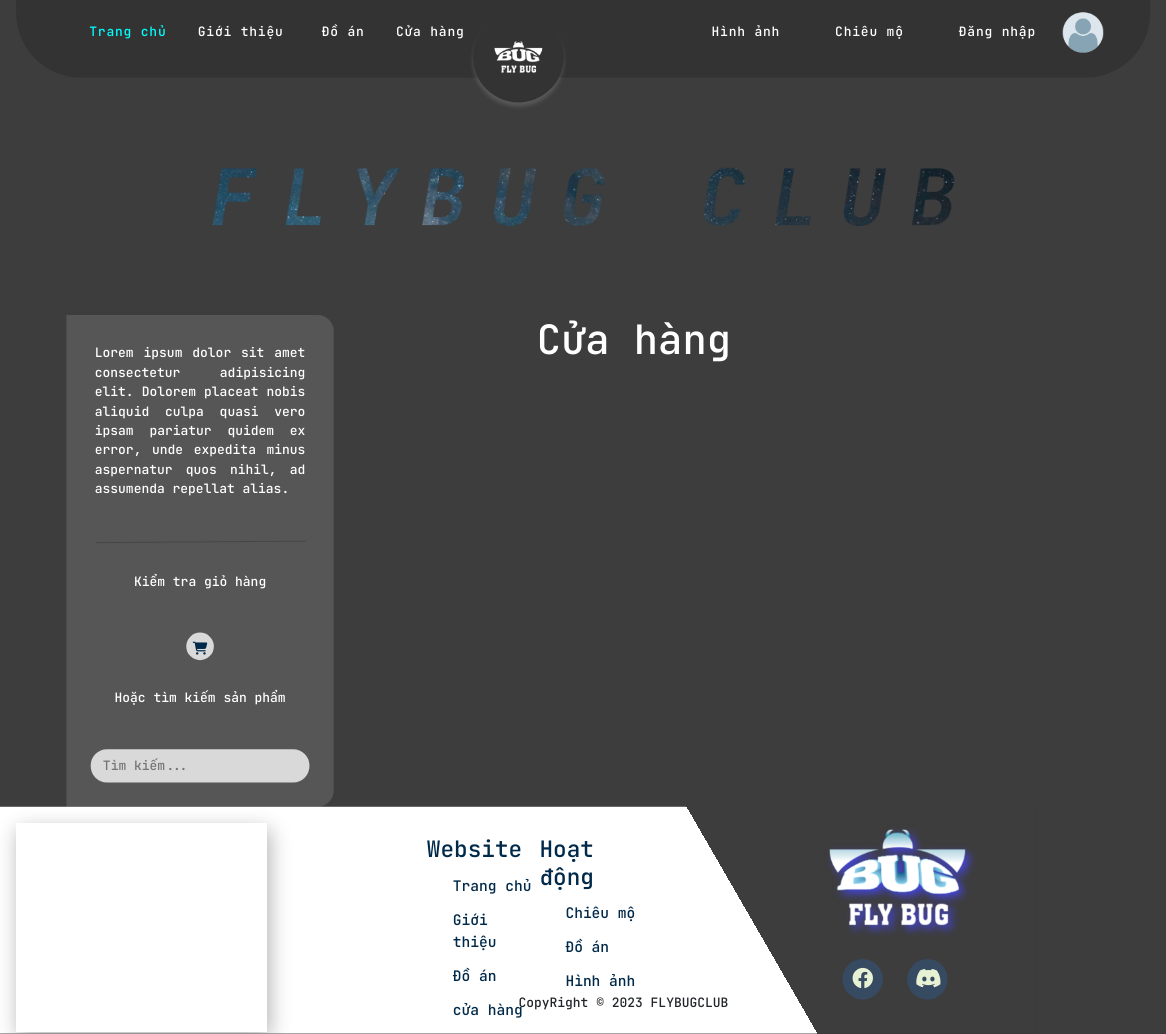
Repository: NQD2308/FlyBugClub_WebApp
Page: PROJECT FLYNUG/html/store.html
These files come from the project's save history. The page is drawn as it stood at one moment and after the next save; the edit follows.
The browser window is 1280 px wide. The page is 1440 px wide, so the pictures cover 1440 px, including what lies to the right of the window. The pictures show the whole page, at 81% of full size.
Pictures or frames that could not be fetched are drawn as grey boxes.

Above is the page before, as saved 2023-09-18 01:58:31.

### PROJECT FLYNUG/html/store.html
<html lang="en">

<head>
    <meta charset="UTF-8">
    <meta name="viewport" content="width=device-width, initial-scale=1.0">
    <title>Document</title>

    <!-- Bootrap 5 -->
    <link href="https://cdn.jsdelivr.net/npm/bootstrap@5.0.2/dist/css/bootstrap.min.css" rel="stylesheet" integrity="sha384-EVSTQN3/azprG1Anm3QDgpJLIm9Nao0Yz1ztcQTwFspd3yD65VohhpuuCOmLASjC" crossorigin="anonymous">

    <!-- Font awesome -->
    <link rel="stylesheet" href="https://cdnjs.cloudflare.com/ajax/libs/font-awesome/6.4.2/css/all.min.css" integrity="sha512-z3gLpd7yknf1YoNbCzqRKc4qyor8gaKU1qmn+CShxbuBusANI9QpRohGBreCFkKxLhei6S9CQXFEbbKuqLg0DA==" crossorigin="anonymous" referrerpolicy="no-referrer" />

    <!-- CSS -->
    <link rel="stylesheet" href="../css/style.css">
    <!-- Reset -->
    <link rel="stylesheet" href="../css/default_setting.css">

    <!-- JetBrains Mono font -->
    <link rel="preconnect" href="https://fonts.googleapis.com">
    <link rel="preconnect" href="https://fonts.gstatic.com" crossorigin>
    <link
        href="https://fonts.googleapis.com/css2?family=JetBrains+Mono:ital,wght@0,300;0,500;0,600;0,700;0,800;1,400&display=swap"
        rel="stylesheet">
</head>

<body>
    <!-- ========================
                #HEADER
        ========================-->
    <header>
        <div class="nav">
            <div class="nav__links">
                <ul class="nav__links-left">
                    <li><a class="active" href="#">Trang chủ</a></li>
                    <li><a href="#">Giới thiệu</li>
                    <li><a href="#">Đồ án</a></li>
                    <li><a href="#">Cửa hàng</a></li>
                </ul>
            </div>
            <div class="logo">
                <img src="../img/logo.png" alt="FlyBug logo">
            </div>
            <div class="nav__links">
                <ul class="nav__links-right">
                    <li><a href="#">Hình ảnh</a></li>
                    <li><a href="#">Chiêu mộ</a></li>
                    <li class="login"><a href="#">Đăng nhập</a></li>
                    <li class="login-Img">
                        <a href="#"><img src="../img/user.png" alt=""></a>
                    </li>
                </ul>
            </div>
        </div>
        <div class="text-logo">
            <img  src="../img/FLYBUG CLUB.png" alt="Photo logo">
        </div>
    </header>

    <section class="body">
        <div class="container">
            <div class="row">
                <div class="col col-md-3 left">
                    <div class="search">
                        <div class="store-note">
                            <p>Lorem ipsum dolor sit amet consectetur adipisicing elit. Dolorem placeat nobis aliquid culpa quasi vero ipsam pariatur quidem ex error, unde expedita minus aspernatur quos nihil, ad assumenda repellat alias.</p>
                        </div>
                        <div class="center">
                            <svg xmlns="http://www.w3.org/2000/svg" width="261" height="4" viewBox="0 0 261 4" fill="none">
                                <path d="M1 2.96216L260.993 0.99995" stroke="#3D3D3D" stroke-opacity="0.8"/>
                            </svg>
                        </div>
                        <div class="shopping-function">
                            <p>Kiểm tra giỏ hàng</p>
                            <div class="center ">
                                <button class="icon-shopping">
                                    <a href="">
                                        <i class="fa-solid fa-cart-shopping"></i>
                                    </a>
                                </button>
                            </div>
                            <p>Hoặc tìm kiếm sản phẩm</p>
                            <div class="center">
                                <input type="text" placeholder="Tìm kiếm...">
                            </div>
                        </div>
                    </div>
                </div>
                <div class="col col-md-9 right">
                    <div class="store">
                        <h1>Cửa hàng</h1>
                    </div>
                </div>
            </div>
        </div>
    </section>

 <!-- ========================
                #FOOTER
        ========================-->
    <footer class="footer">
        <div class="footer-left">
            <iframe class="ggmap" src="https://www.google.com/maps/embed?pb=!1m18!1m12!1m3!1d15678.190787267133!2d106.64595238715819!3d10.769299600000005!2m3!1f0!2f0!3f0!3m2!1i1024!2i768!4f13.1!3m3!1m2!1s0x31752f7c8bf050ff%3A0x4fa87595d124cc0c!2zVHLGsOG7nW5nIMSQ4bqhaSBo4buNYyBIb2EgU2VuIC0gQ8ahIHPhu58gVGjDoG5oIFRow6Fp!5e0!3m2!1svi!2s!4v1691345035899!5m2!1svi!2s" width="500" height="250" style="border:1;" allowfullscreen="" loading="lazy" referrerpolicy="no-referrer-when-downgrade"></iframe>
        </div>
        <ul class="footer-center">
            <li>
                <h3>Website</h3>

                <ul class="box">
                    <li><a href="#">Trang chủ</a></li>
                    <li><a href="#">Giới thiệu</a></li>
                    <li><a href="#">Đồ án</a></li>
                    <li><a href="#">cửa hàng</a></li>
                </ul>
            </li>
            <li>
                <h3>Hoạt động</h3>

                <ul class="box">
                    <li><a href="#">Chiêu mộ</a></li>
                    <li><a href="#">Đồ án</a></li>
                    <li><a href="#">Hình ảnh</a></li>
                </ul>
            </li>
        </ul>
        <div class="footer-right">
            <div class="img-logo">
                <img src="../img/flybug.png" alt="">
            </div>
            <div class="socials">
                <a href="#"><i class="fa-brands fa-facebook"></i></a>
                <a href="#"><i class="fa-brands fa-discord"></i></a>
            </div>
        </div>

        <div class="footer-bottom">
            <p>CopyRight &copy; 2023 FLYBUGCLUB</p>
        </div>
    </footer>

</body>

</html>

### PROJECT FLYNUG/css/style.css
li,
a,
button {
    list-style: none;
    font-family: 'JetBrains Mono', monospace;
    font-size: 16px;
    text-decoration: none;
    color: #fff;
    cursor: url(../img/bug-icon.png) 5 5, auto !important;
}
body {
    cursor: url(../img/bug-icon.png) 5 5, auto !important;
}
a {
    cursor: url(../img/bug-icon.png) 5 5, auto;
}
body {
    background-color: #3d3d3d;
}

/* =========================
        #HEADER
    =========================*/
header {
    /* position: fixed; */
    width: 1440px;
    /* height: 80px; */
    /* border-bottom: 1px solid #00000026; */




    /* backdrop-filter: blur(20px); */
}

header .nav {
    width: 1400px;
    margin: 0 auto;
    max-width: 100%;
    background: #333;
    border-radius: 0px 0px 80px 80px;
    display: flex;
    justify-content: space-between;
    align-items: center;
    padding: 0 3%;
    top: 0%;
    z-index: 10;
    box-shadow: rgba(0, 0, 0, 0.3) 2.72076px ;
    /* border: 1px solid red; */
}

header .nav ul {
    display: flex;
    align-items: center;
}

header .nav ul li {
    margin: 15px;
    letter-spacing: 1px;
}

header .nav .logo {
    /* border: 1px solid red; */
    width: 7rem;
    height: 7rem;
    position: absolute;
    left: 50%;
    transform: translate(-50%, 20%);
    background-color: #333;
    overflow: hidden;
    border-radius: 100%;
    box-shadow: 0 5px 5px rgba(204, 204, 204, .2);
}

header .logo img {
    width: 100%;
    height: 100%;
    object-fit: cover;
}

header .nav__links {
    width: 40%;
    height: 100%;
}
header .nav__links ul li a{
    transition: .3s ease;
}
header .nav__links ul > li:hover a{
    color: aqua;
}
header .nav__links-left,
header .nav__links-right {
    justify-content: space-between;
}

.active {
    color: aqua;
}

.nav__links-right li:last-child {
    width: 50px;
    height: 50px;
}

header .nav__links-right {
    margin-left: -20px;
}

header .nav__links-right .login-img {
    margin-left: -20px;
}

header .text-logo{
    display: flex;
    justify-content: center;
    width: 1440px;
    background-color: #3d3d3d;
    /* border: 1px solid white; */
    padding: 110px 0;
}

/* ================================ */
/* ============= BODY ============= */
/* ================================ */

/*  @############ LEFT ############@ */

section.body .left{
    float: left;
}

section.body .search{
    width: 330px;
    background-color: #565656;
    border-radius: 0 20px 20px 0;
    position: relative;
    left: 0;
}

.body .search store-note{
    display: flex;
    justify-content: center;
}

.body .search p{
    color: #FFF;
    text-align: justify;
    padding: 35px;
}

.body .search .shopping-function p{
    text-align: center;
}

.body .search .shopping-function button.icon-shopping{
    width: 34px;
    height: 34px;
    border-radius: 50%;
    background-color: #D9D9D9;
    border: none;
}

.body .search .shopping-function .icon-shopping i{
    display: flex;
    justify-content: center;
    width: 24px;
    color: #012A4A;
    transition: all .25s ease-in;
    /* border: 1px solid orange; */
    border-radius: 50%;
    padding: 10px 16px 6px 17px;
}

.body .search .shopping-function button.icon-shopping:hover i{
    color: orange;
    transition: all .25s ease-in;
}

.body .search .shopping-function input{
    width: 270px;
    padding: 10px 15px;
    border-radius: 20px;
    border: none;
    background-color: #D9D9D9;
    margin-bottom: 30px;
}

/*  @############ RIGHT ############@ */

.body .right .store h1{
    color: white;
    text-align: center;
    font-size: 50px;
}

/* =========================
        #FOOTER
         background-image: linear-gradient(60deg, white 70%, #3d3d3d 25%);
    =========================*/
footer {
    /* width: 100%; */
    position: relative;
    height: 280px;
    background-color: #333;
    background-image: linear-gradient(60deg, white 70%, #3d3d3d 25%);

    display: flex;
    flex-flow: row wrap;
    justify-content: space-between;
    padding: 20px;
    overflow: hidden;
}

.footer>* {
    width: calc(100% / 4);
}

.footer ul li,
.footer ul li a {
    color: #012A4A;
    font-size: 18px;
}

.footer-left {
    margin-right: 1.25em;
    margin-bottom: 2em;
    box-shadow: rgba(0, 0, 0, 0.3) 2.72076px 8px 24px;
}

.footer-left iframe {
    border-radius: 5px;
}

.footer-center {
    display: flex;
    flex-flow: row wrap;
    justify-content: space-between;
}

.footer-center>* {
    width: calc(100% / 2);
}

.footer-center li {
    margin: 15px 0;
}

.footer-center .box li a {
    transition: .3s ease;
}

.footer-center .box>li:hover a {
    margin-left: 10px;
    color: #4444dd;
    font-weight: bold;
}

.footer-right {
    height: 100%;
    margin: -10px 0;
    display: flex;
    align-items: center;
    flex-flow: row wrap;
    justify-content: center;
}

.footer-right .img-logo {
    width: 100%;
    display: flex;
    justify-content: center;
}

.footer-right img {
    width: 60%;
    filter: drop-shadow(5px 5px 5px #4444dd);
}

.socials a {
    background: #364a62;
    width: 50px;
    height: 50px;
    display: inline-block;
    text-align: center;
    margin: 0 10px;
    border-radius: 100%;
    transition: 0.4s ease;
}

.socials a i {
    color: #e7f2d4;
    padding: 10px;
    font-size: 26px;
}

.socials>a:first-child:hover {
    background-color: #4267B2;
    transform: rotate(1turn);
}

.socials>a:last-child:hover {
    background-color: #7289da;
    transform: rotate(1turn);
}

.footer-bottom {
    position: absolute;
    bottom: 10;
    left: 50%;
}


.main  {
    height: 100vh;
}

### PROJECT FLYNUG/css/default_setting.css
html {
  max-width: 1440px;
  margin: auto;
	line-height: 1.5;
	box-sizing: border-box;
	scroll-behavior: smooth;
  }
  * {
	margin: 0;
	padding: 0;
  font-family: 'JetBrains Mono', monospace;
  }
  *,
  *:before,
  *:after {
	box-sizing: border-box;
  }
  input,
  textarea,
  select,
  button {
	outline: none;
	font: inherit;
  }
  input {
	line-height: normal;
  }
  label,
  button {
	cursor: pointer;
	user-select: none !important;
  }
  ul {
	list-style: none;
  }
  a {
	text-decoration: none;
  }
  img,
  picture,
  video,
  canvas,
  svg {
	display: block;
	max-width: 100%;
	user-select: none !important;
  }

  p,
  h1,
  h2,
  h3,
  h4,
  h5,
  h6 {
	overflow-wrap: break-word;
  }

  /* Mobie: width < 740px */
  @media only screen and (max-width: 46.1875em) {
    input[type="color"],
    input[type="date"],
    input[type="datetime"],
    input[type="datetime-local"],
    input[type="email"],
    input[type="month"],
    input[type="number"],
    input[type="password"],
    input[type="search"],
    input[type="tel"],
    input[type="text"],
    input[type="time"],
    input[type="url"],
    input[type="week"],
    select:focus,
    textarea {
      font-size: 16px;
    }
  }

  .center{
    display: flex;
    justify-content: center;
  }

After the next save:
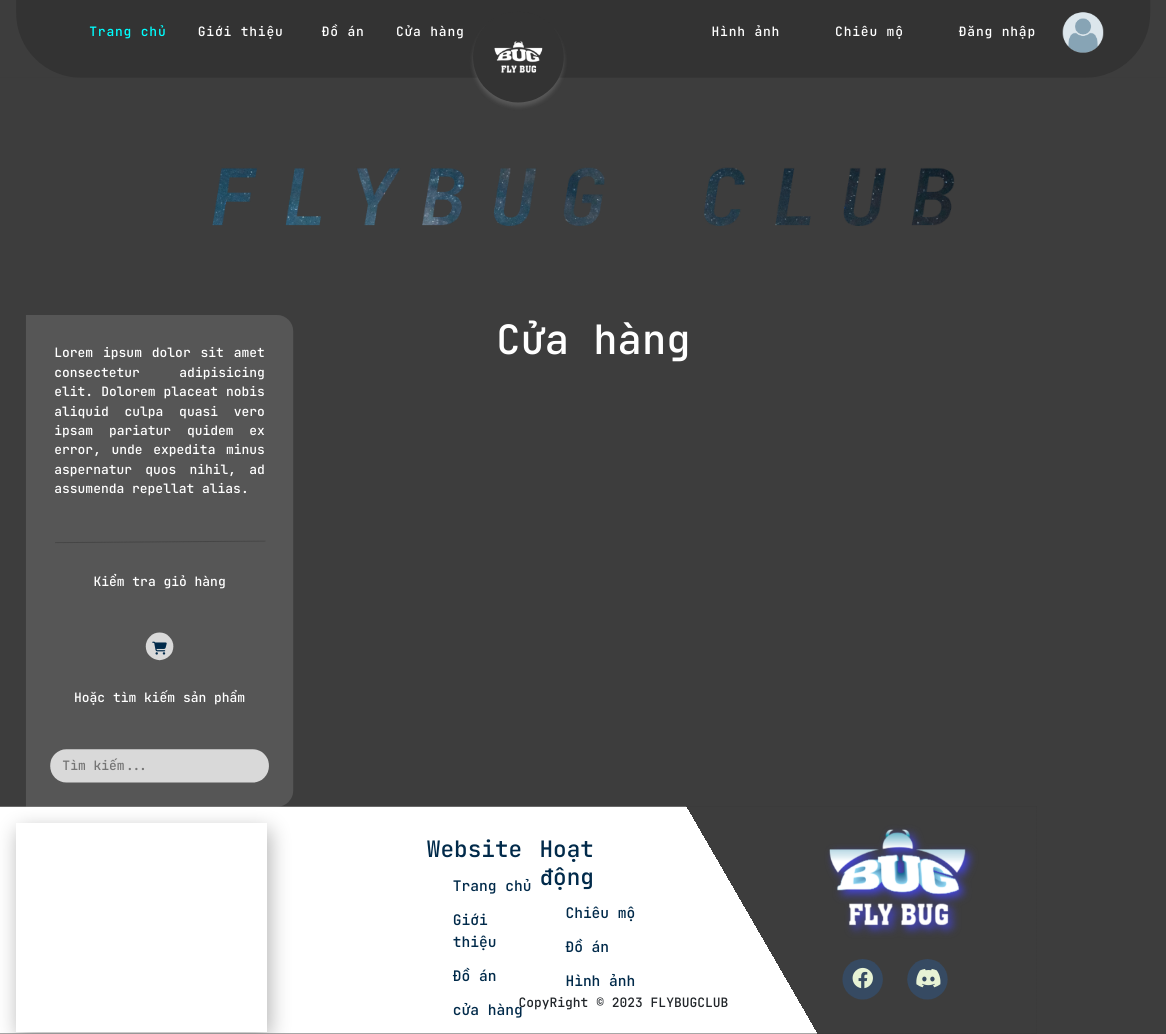
Saved 28 s later.
--- a/PROJECT FLYNUG/css/style.css
+++ b/PROJECT FLYNUG/css/style.css
@@ -126,7 +126,7 @@
 /*  @############ LEFT ############@ */
 
 section.body .left{
-    float: left;
+    margin-left: -50px;
 }
 
 section.body .search{
